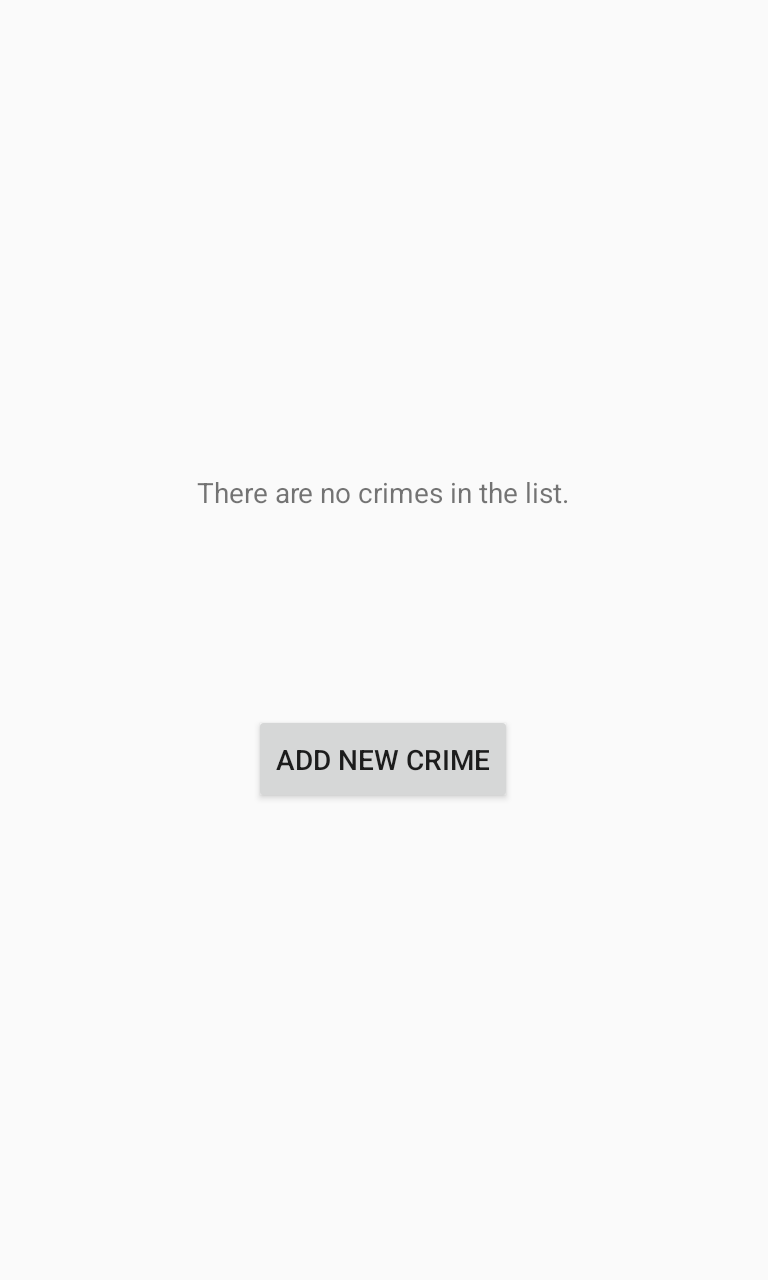
Repository: Jeedan/learning-android-apps
Layout: CriminalIntent/res/layout/fragment_list_empty.xml
These files come from the project's save history. The layout is drawn as it stood at one moment and after the next save; the edit follows.
It is drawn on a 768 x 1280 px phone screen (xhdpi) without system bars, with theme AppTheme; the app's code is not run. Lists and similar views that code fills are empty.

Above is the layout before, as saved 2014-10-23 10:24:43.

### CriminalIntent/res/layout/fragment_list_empty.xml
<?xml version="1.0" encoding="utf-8"?>
<FrameLayout xmlns:android="http://schemas.android.com/apk/res/android"
    android:id="@+id/fragmentEmptyContainer"
    android:layout_width="match_parent"
    android:layout_height="match_parent">

   <ListView
      android:id="@android:id/list"
      android:layout_width="wrap_content"
      android:layout_height="wrap_content" />

   <LinearLayout
       android:layout_width="wrap_content"
       android:layout_height="wrap_content"
       android:orientation="vertical"
       android:layout_gravity="center">
    <TextView
        android:id="@android:id/empty"
        android:layout_width="wrap_content"
        android:layout_height="wrap_content"
        android:text="@string/empty_list"
        android:layout_gravity="center" />

    <Button
        android:id="@+id/add_crime_button"
        android:layout_width="wrap_content"
        android:layout_height="wrap_content"
        android:text="@string/add_new_crime_button_label"
        android:layout_gravity="center"
        android:layout_marginTop="100dp"/>
   </LinearLayout>
</FrameLayout>

### CriminalIntent/res/values/strings.xml
<?xml version="1.0" encoding="utf-8"?>
<resources>

    <string name="app_name">CriminalIntent</string>
    <string name="action_settings">Settings</string>

    <!-- Crime Activity -->
    <string name="title_activity_crime">CrimeActivity</string>
    <string name="crime_title_hint">Enter a title for the crime</string>
    <string name="crime_title_label">Title</string>
    <string name="crime_details_label">Details</string>
    <string name="crime_solved_label">Solved?</string>
    <string name="crimes_title">Crimes</string>
    <string name="date_picker_title">Date of crime:</string>
    <string name="add_new_crime_button_label">Add new crime</string>

    <string name="new_crime">New Crime</string>
    <string name="show_subtitle">Show Subtitle</string>
    <string name="hide_subtitle">Hide Subtitle</string>
    <string name="subtitle">If you see something, say something.</string>
    <string name="delete_crime">Delete</string>

    <string name="empty_list">There are no crimes in the list.</string>
</resources>

Loaded but not shown: CriminalIntent/res/values/styles.xml (common file); CriminalIntent/res/values-v11/styles.xml (common file); CriminalIntent/res/values-v14/styles.xml (common file)

After the next save:
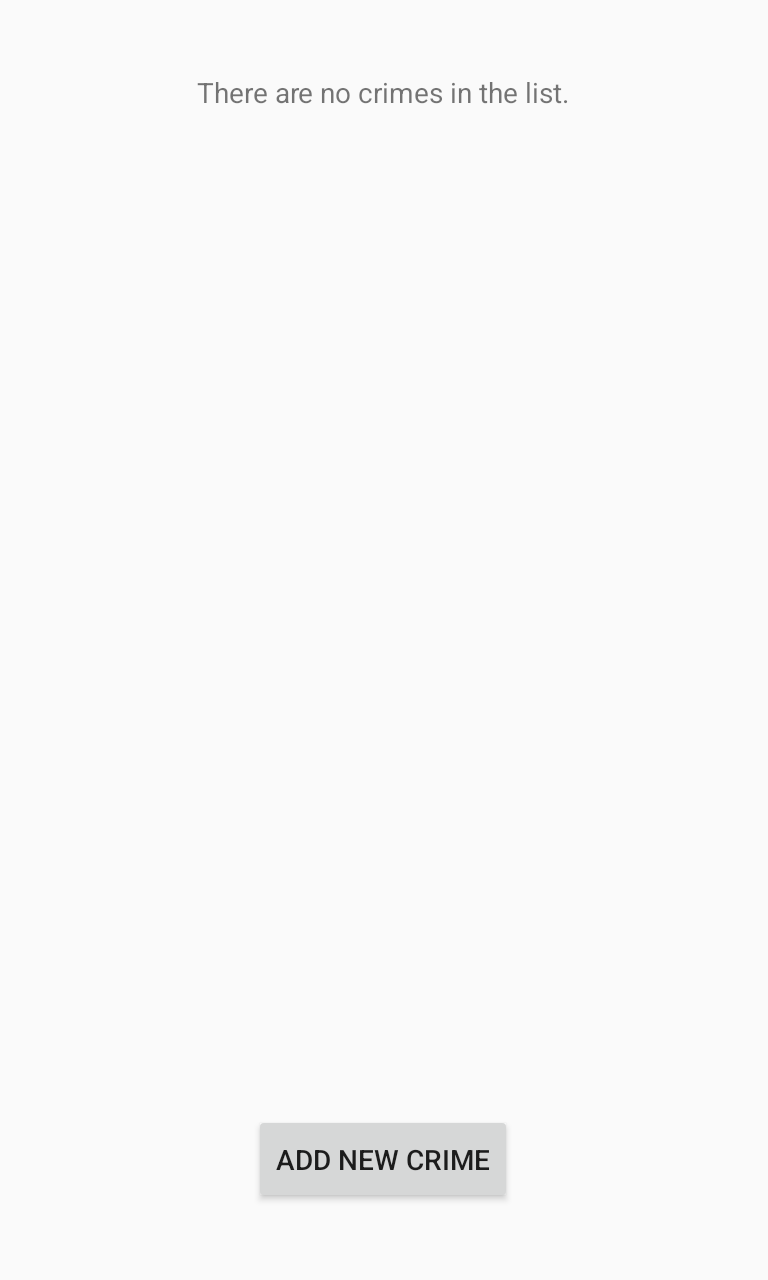
Saved 10 s later.
--- a/CriminalIntent/res/layout/fragment_list_empty.xml
+++ b/CriminalIntent/res/layout/fragment_list_empty.xml
@@ -27,6 +27,6 @@
         android:layout_height="wrap_content"
         android:text="@string/add_new_crime_button_label"
         android:layout_gravity="center"
-        android:layout_marginTop="100dp"/>
+        android:layout_marginTop="500dp"/>
    </LinearLayout>
 </FrameLayout>
